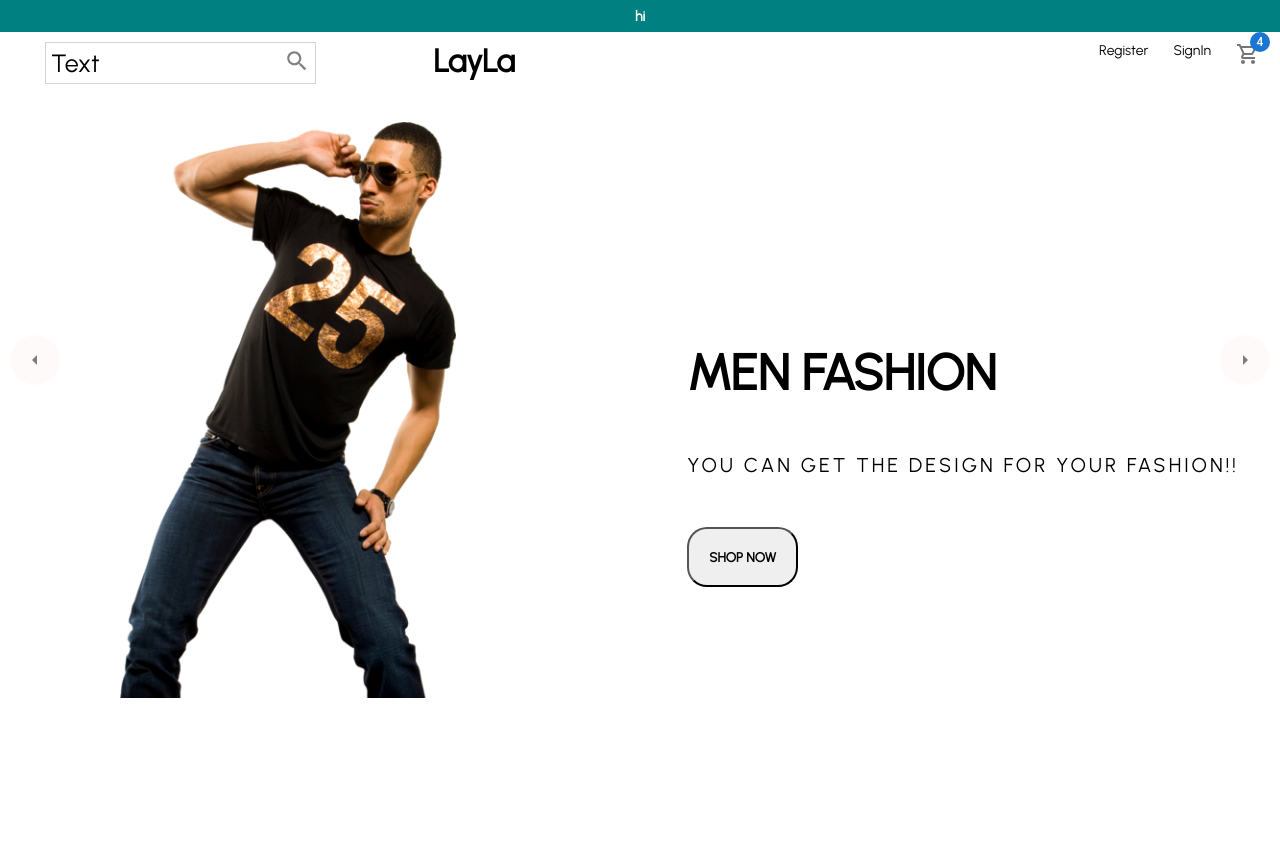
Repository: WaiMaungMaung/React_Ecom
Page: /
These files come from the project's save history. The page is drawn as it stood at one moment and after the next save; the edit follows.
The browser window is 1280 px wide. The pictures show the whole page.
The project was rebuilt for these pictures with package versions that can differ from the ones it lists, and the page was loaded fresh each time.

Above is the page before, as saved 2022-05-06 13:55:30.

### public/index.html
<!DOCTYPE html>
<html lang="en">
  <head>
    <meta charset="utf-8" />
    <link rel="icon" href="%PUBLIC_URL%/favicon.ico" />

    <link
      href="https://fonts.googleapis.com/css2?family=Urbanist&display=swap"
      rel="stylesheet"
    />

    <style>
      * {
        margin: 0;
        font-family: "Urbanist", sans-serif;
      }
    </style>
    <title>React App</title>
  </head>
  <body>
    <noscript>You need to enable JavaScript to run this app.</noscript>
    <div id="root"></div>
  </body>
</html>

### src/pages/Home.jsx
import React from "react";
import Announcements from "../components/Announcements";
import NavBar from "../components/NavBar";
import Slider from "../components/Slider";
const Home = () => {
  return (
    <div>
      <Announcements />

      <NavBar />
      <Slider />
    </div>
  );
};

export default Home;

### src/components/Announcements.jsx
import styled from "@emotion/styled";
const Container = styled.div`
  background-color: teal;
  height: 32px;
  display: flex;
  align-items: center;
  justify-content: center;
  color: white;
  font-size: 14px;
  font-weight: bold;
`;

const Announcements = () => {
  return <Container>hi</Container>;
};

export default Announcements;

### src/components/NavBar.jsx
import { Search, ShoppingCartOutlined } from "@material-ui/icons";
import React from "react";
import styled from "styled-components";
import { Badge } from "@mui/material";
const Container = styled.div`
  height: 60px;
`;

const Wrapper = styled.div`
  padding: 10px 20px;
  align-item: center;
  display: flex;
  justify-content: space-between;
`;

const SearchContainer = styled.div`
  border: 0.5px solid lightgray;
  margin-left: 25px;
  display: flex;
  align-item: center;
  padding: 5px;
`;
const Input = styled.input`
  border: none;
  margin-left: 20px;
  font-size: 14px;
`;

const Language = styled.span`
  font-size: 25px;
  cursor: pointer;
`;
const Left = styled.div`
  flex: 1;
  display: flex;
`;

const Center = styled.div`
  flex: 1;
`;

const Logo = styled.h1`
  font-weight: bold;
`;

const MenuItem = styled.div`
  font-size: 14px;
  cursor: pointer;
  align-item: center;
  margin-left: 25px;
`;
const Right = styled.div`
  flex: 1;
  display: flex;
  align-item: center;
  justify-content: flex-end;
`;
const NavBar = () => {
  return (
    <Container>
      <Wrapper>
        <Left>
          <SearchContainer>
            <Language>Text</Language>
            <Input />
            <Search style={{ color: "grey", fontSize: "26px" }} />
          </SearchContainer>
        </Left>
        <Center>
          <Logo>LayLa</Logo>
        </Center>
        <Right>
          <MenuItem>Register</MenuItem>
          <MenuItem>SignIn</MenuItem>

          <MenuItem>
            <Badge badgeContent={4} color="primary">
              <ShoppingCartOutlined color="action" />
            </Badge>
          </MenuItem>
        </Right>
      </Wrapper>
    </Container>
  );
};

export default NavBar;

### src/components/Slider.jsx
import styled from "@emotion/styled";
import { ArrowLeftOutlined, ArrowRightOutlined } from "@material-ui/icons";
import React from "react";
import Clothes from "../img/clothes.png";
const Container = styled.div`
  width: 100%;
  height: 100vh;
  display: flex;
`;
const Arrow = styled.div`
  width: 50px;
  height: 50px;
  background-color: #fff7f7;
  border-radius: 50%;
  display: flex;
  align-items: center;
  justify-content: center;
  position: absolute;
  top: 0;
  bottom: 0;
  margin: auto;
  cursor: pointer;
  opacity: 0.5;
  left: ${(props) => props.direction === "left" && "10px"};
  right: ${(props) => props.direction === "right" && "10px"};
`;
const Slide = styled.div`
  display: flex;
  height: 100vh;
  width: 98vw;
  align-item: center;
`;

const Image = styled.img`
  height: 80%;
`;
const ImgContainer = styled.div`
  height: 100%;
  margin-left: 120px;
  margin-top: 30px;
  flex: 1;
`;
const Wrapper = styled.div`
  height: 100%;
`;
const InfoContainer = styled.div`
  flex: 1;
  padding-top: 250px;
`;

const Title = styled.h1`
  font-size: 50px;
`;
const Desc = styled.p`
  margin: 50px 0;
  font-size: 20px;
  font-weight: 500;
  letter-spacing: 3px;
`;
const Button = styled.button`
  padding: 20px;
  font-weight: bolder;
  border-radius: 20px;
`;
const Slider = () => {
  return (
    <Container>
      <Arrow direction="left">
        <ArrowLeftOutlined />
      </Arrow>
      <Wrapper>
        <Slide>
          <ImgContainer>
            <Image src={Clothes} />
          </ImgContainer>
          <InfoContainer>
            <Title>MEN FASHION</Title>
            <Desc>YOU CAN GET THE DESIGN FOR YOUR FASHION!!</Desc>
            <Button>SHOP NOW</Button>
          </InfoContainer>
        </Slide>
      </Wrapper>

      <Arrow direction="right">
        <ArrowRightOutlined />
      </Arrow>
    </Container>
  );
};

export default Slider;

Loaded but not shown: src/index.js (common file); src/App.js (common file)

After the next save:
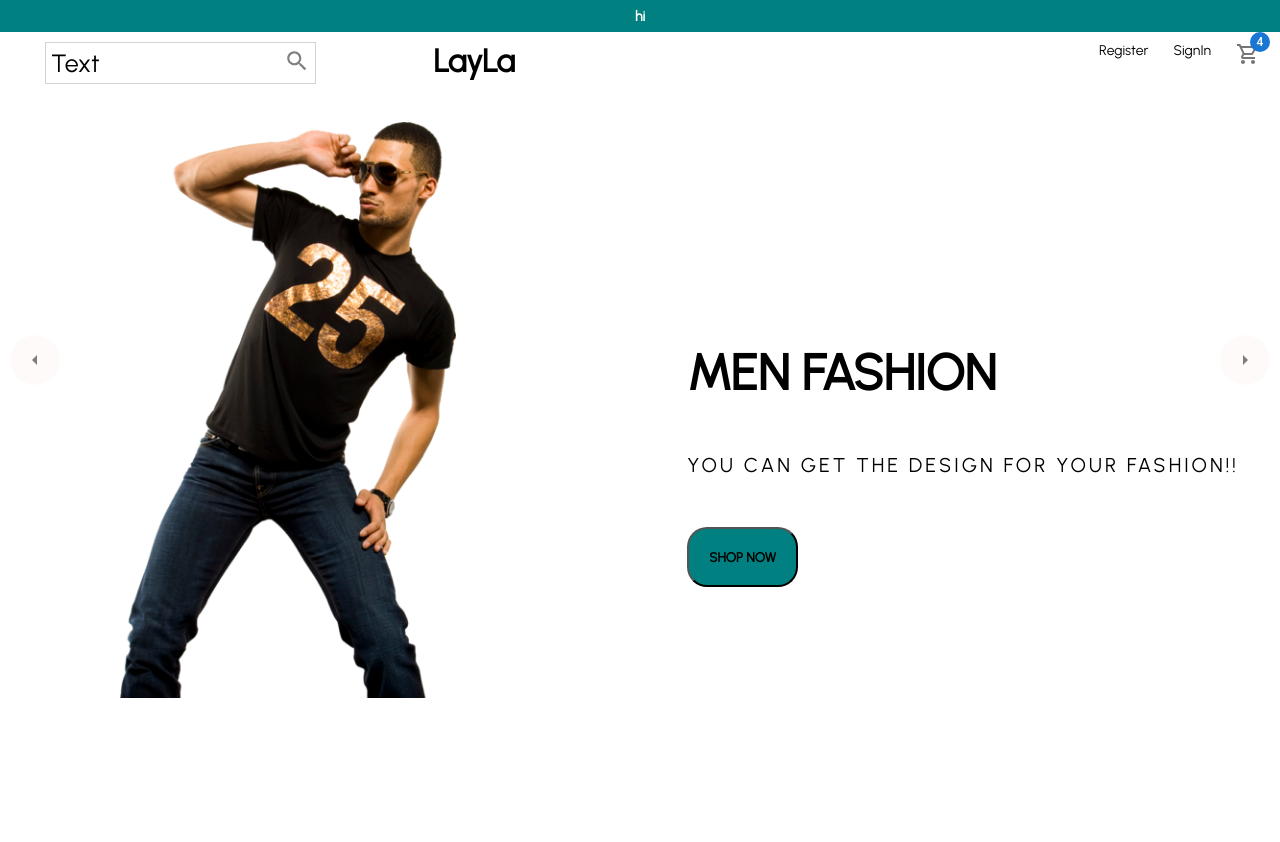
Saved 16 s later.
--- a/src/components/Slider.jsx
+++ b/src/components/Slider.jsx
@@ -59,6 +59,7 @@ const Desc = styled.p`
 `;
 const Button = styled.button`
   padding: 20px;
+  background-color: teal;
   font-weight: bolder;
   border-radius: 20px;
 `;
